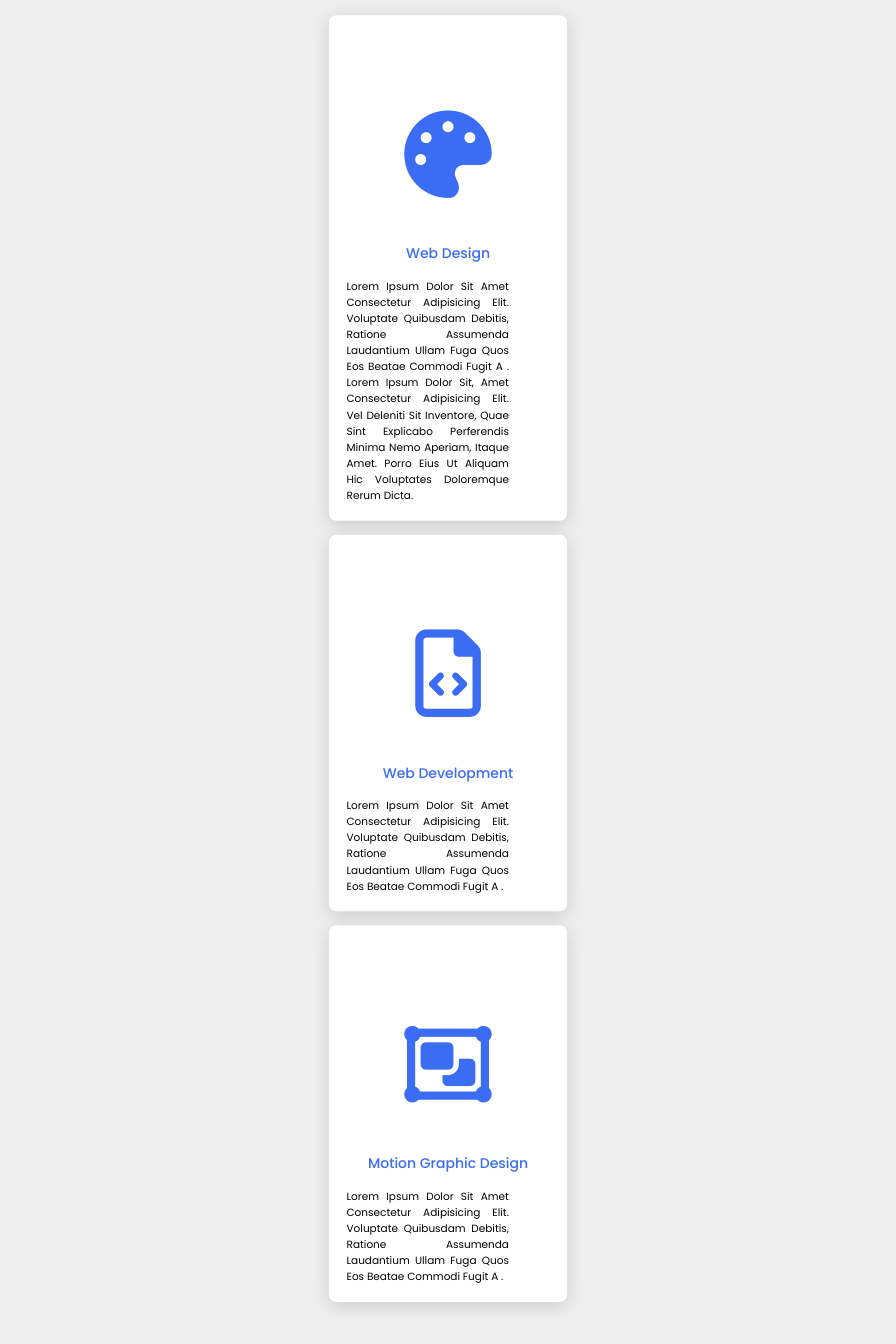
Repository: Pinocoding/New
Page: index.html
The author's editor kept a copy of each file at every save. The page is drawn from the files as they stood at one save, then again after the next save.
The browser window is 1280 px wide. The pictures show the part of the page from y = 2797 to 4717 px (the page is 4717 px tall before and 4556 px after), at 70% of full size.
Backgrounds fixed to the window are drawn as part of the page.

Above is the page before, as saved 2021-10-13 23:37:04.

### index.html
<!DOCTYPE html>
<html lang="en">
<head>
  <meta charset="UTF-8">
  <meta http-equiv="X-UA-Compatible" content="IE=edge">
  <meta name="viewport" content="width=device-width, initial-scale=1.0">
  <title>Document</title>
  <link rel="stylesheet" href="style.css">
  <link rel="stylesheet" href="https://cdnjs.cloudflare.com/ajax/libs/font-awesome/6.0.0-beta2/css/all.min.css" integrity="sha512-YWzhKL2whUzgiheMoBFwW8CKV4qpHQAEuvilg9FAn5VJUDwKZZxkJNuGM4XkWuk94WCrrwslk8yWNGmY1EduTA==" crossorigin="anonymous" referrerpolicy="no-referrer" />


</head>
<body>
  <!-- header -->
  <header>
    <a href="#main" class="brand">Pino</a>
    <div class="navigation">
        <a href="#main">home</a>
        <a href="#about">About</a>
        <a href="#skills">Skills</a>
        <a href="#services">Services</a>
        <a href="#contact">Contact</a>
    </div>
  </header>
  <!--  -->
  <!-- section main  -->
  <section class="main">
    <div class="layout"></div>
    <div class="content">
    <h2>hello, I'm<br><span>Pino-code</span></h2>
    <div class="animated-text">
      <h3>FE developer</h3>
      <h3>Best Yasuo TT 7</h3>
      <h3>Best NoVo CS GO</h3>
    </div>
    <a href="#about" class="btn">see my work</a>
    <div class="media-icon">
      <a href="#"><i class="fab fa-facebook-square"></i></a>
      <a href="#"><i class="fab fa-instagram-square"></i></a>
      <a href="#"><i class="fab fa-twitter-square"></i></a>
      <a href="#"><i class="fab fa-youtube-square"></i></a>
    </div>
  </div>

  </section>
  <!--  -->
  <!-- section about -->
  <section class="about" id="about">
    <!-- title -->
    <div class="title">
      <h2 class="section-title">
        about me
      </h2>
    </div>
    <!--  -->
    <!-- content -->
    <div class="content">
      <div class="column col-left">
        <div class="img-card">
          <img src="/img/002.jpg" alt="">
        </div>
      </div>
      <div class="column col-right">
        <h2 class="content-title">Hey there! i'm pino-code</h2>
        <p>Lorem ipsum dolor sit amet, consectetur adipisicing elit. Necessitatibus ullam sequi nihil eum magni ut nesciunt architecto assumenda dignissimos velit. Impedit est quia deserunt, iusto eius nostrum tenetur illum cumque?
          Lorem ipsum dolor sit amet, consectetur adipisicing elit. Necessitatibus ullam sequi nihil eum magni ut nesciunt architecto assumenda dignissimos velit. Impedit est quia deserunt, iusto eius nostrum tenetur illum cumque?
          <br>
          <br>
          Lorem ipsum dolor sit amet, consectetur adipisicing elit. Necessitatibus ullam sequi nihil eum magni ut nesciunt architecto assumenda dignissimos velit. Impedit est quia deserunt, iusto eius nostrum tenetur illum cumque?
        </p>
        <a href="#about" class="btn">See more</a>
      </div>
    </div>
      <!--  -->


    </section>
    <!--  -->
    <!-- section skills -->
    <section class="skills" id="skills">
      <div class="title">
        <h2 class="section-title">
          my skills
        </h2>
      </div>
      <div class="content">
        <div class="column col-left">
          <h2 class="content-title">
            my skills and experiences</h2>
            <p>Lorem ipsum dolor sit amet, consectetur adipisicing elit. Ut amet doloremque ratione quam quos dolores nesciunt nam eaque esse cum obcaecati voluptas unde, magnam mollitia ducimus libero! Ducimus, fugiat recusandae.<br>
            Lorem ipsum dolor sit amet consectetur, adipisicing elit. Voluptas quia expedita omnis perspiciatis, similique voluptates doloribus error odio vitae voluptatem pariatur repellat reiciendis laudantium, autem minus ad placeat facere accusantium?</be></p>
            <a href="#" class="btn">see more</a>
        </div>

      <div class="column col-right">
        <div class="bar">
          <div class="infor">
            <span>html</span>
            <span>50%</span>
          </div>
          <div class="line html"></div>
        </div>
        <div class="bar">
          <div class="infor">
            <span>css</span>
            <span>70%</span>
          </div>
          <div class="line css"></div>
        </div>
        <div class="bar">
          <div class="infor">
            <span>javascript</span>
            <span>20%</span>
          </div>
          <div class="line javascript"></div>
        </div>
        <div class="bar">
          <div class="infor">
            <span>jquery</span>
            <span>20%</span>
          </div>
          <div class="line jquery"></div>
        </div>
      </div>

      </div>
    </section>
    <!--  -->
    <!-- section services -->
<section class="services" id="services">
  <div class="title">
    <h2 class="section-title">
      my services
    </h2>
    <p>Lorem ipsum dolor sit amet consectetur adipisicing elit. Quasi, iusto. Odio tempore maxime minus nihil est nemo, impedit libero ipsa dolorem voluptatibus sed voluptatum, porro deserunt, sapiente tempora quae dolorum.</p>

  <div class="content">
    <div class="card">
      <div class="service-icon">
        <i class='fas fa-palette'></i>
      </div>
      <div class="infor">
        <h3>web design</h3>
        <p>Lorem ipsum dolor sit amet consectetur adipisicing elit. Voluptate quibusdam debitis, ratione assumenda laudantium ullam fuga quos eos beatae commodi fugit a .
          Lorem ipsum dolor sit, amet consectetur adipisicing elit. Vel deleniti sit inventore, quae sint explicabo perferendis minima nemo aperiam, itaque amet. Porro eius ut aliquam hic voluptates doloremque rerum dicta.
        </p>
      </div>

    </div>
    <div class="card">
      <div class="service-icon">
        <i class='far fa-file-code'></i>
      </div>
      <div class="infor">
        <h3>web development</h3>
        <p>Lorem ipsum dolor sit amet consectetur adipisicing elit. Voluptate quibusdam debitis, ratione assumenda laudantium ullam fuga quos eos beatae commodi fugit a . </p>
      </div>

    </div>
    <div class="card">
      <div class="service-icon">
        <i class='far fa-object-group'></i>
      </div>
      <div class="infor">
        <h3>motion graphic design</h3>
        <p>Lorem ipsum dolor sit amet consectetur adipisicing elit. Voluptate quibusdam debitis, ratione assumenda laudantium ullam fuga quos eos beatae commodi fugit a .</p>
      </div>
    </div>
    </div>
  </div>


</section>
<!--  -->

  <script
  src="https://code.jquery.com/jquery-3.6.0.js"
  integrity="sha256-H+K7U5CnXl1h5ywQfKtSj8PCmoN9aaq30gDh27Xc0jk="
  crossorigin="anonymous"></script>
  <script src="function.js"></script>
</body>
</html>

### style.css
@import url("https://fonts.googleapis.com/css2?family=Poppins:wght@300;400;500;700;800&display=swap");
* {
  font-size: 62.5%;
  font-family: "Poppins", sans-serif;
  margin: 0;
  padding: 0;
  box-sizing: border-box;
  text-transform: capitalize;
}
body {
  min-height: 110vh;
  background: #eee;
}
/* for header */
header {
  position: fixed;
  z-index: 99;
  background: rgb(0, 0, 0);
  top: 0;
  left: 0;
  width: 100%;
  padding: 2rem 5rem;
  display: flex;
  justify-content: space-between;
  align-items: center;
}
/* hover navigation */
header .navigation a:hover {
  color: aquamarine;
}
/*header sticky */
header.sticky {
  background: rgba(0, 0, 0, 0.26);
}
/*  */
header .brand {
  text-decoration: none;
  font-size: 2rem;
  color: white;
}
header .navigation a {
  font-size: 1.5rem;
  text-decoration: none;
  color: white;
  padding: 0 1rem;
}
/*  */
section {
  padding: 5rem 30rem;
}
/* for banner */
.main {
  position: relative;
  width: 100%;
  min-height: 100vh;
  display: flex;
  align-items: center;
  background: url("/img/0.jpg") no-repeat;
  background-size: cover;
  background-position: center;
  background-attachment: fixed;
  z-index: 1;
}
.main .layout {
  position: absolute;
  top: 0;
  left: 0;
  width: 100%;
  height: 100%;
  background: black;
  opacity: 0.3;
  z-index: -1;
}
.main .content {
  max-width: 100rem;
}
.main .content h2 {
  margin-bottom: 5rem;
  color: white;
  font-size: 2rem;
  font-weight: 500;
  line-height: 5rem;
}
.main .content h2 span {
  font-size: 3rem;
}

.animated-text {
  position: relative;
  height: 6rem;
  overflow: hidden;
}
.animated-text h3 {
  color: aquamarine;
  font-size: 4rem;
  font-weight: 700;
  line-height: 60px;
  letter-spacing: 1px;
}
/* animated text for h3 */
.animated-text h3:nth-child(1) {
  animation: text-move 7s infinite;
}
@keyframes text-move {
  0% {
    margin-top: 0;
  }
  25% {
    margin-top: -60px;
  }
  50% {
    margin-top: -120px;
  }
  100% {
    margin-top: 0;
  }
}
/*  */
.main .btn {
  margin-top: 10rem;
  color: white;
  background: linear-gradient(to top left, aquamarine, transparent);
  font-size: 2rem;
  font-weight: 700;
  display: inline-block;
  padding: 10px 10px;
  text-decoration: uppercase;
  text-decoration: none;
  letter-spacing: 1px;
  border-radius: 10px;
  box-shadow: -1px 5px 10px #888888;
  transition: 0.5s ease;
}
.btn:hover {
  transform: scale(1.1);
}

.media-icon {
  margin-top: 10rem;
}
.media-icon a {
  color: white;
  font-size: 5rem;
  margin-right: 1rem;
  transition-property: transform, color;
  transition: 0.2s;
}
.media-icon a:hover i {
  color: aquamarine;
  transform: translateY(-2px);
  transition: 0.2s;
}
/*  */
/* for section about  */
.title {
  width: 100%;
  display: flex;
  justify-content: center;
  align-items: center;
  flex-direction: column;
}
/* gach dưới , chấm */
.section-title {
  text-transform: capitalize;
  position: relative;
  color: black;
  font-size: 3rem;
  font-weight: 800;
  margin-bottom: 5rem;
}
.section-title:after {
  content: "";
  position: absolute;
  top: 50px;
  left: 50%;
  width: 20rem;
  height: 4px;
  transform: translateX(-50%);
  background: currentColor;
}
.section-title::before {
  content: "";
  position: absolute;
  top: 45px;
  left: 50%;
  /* padding: 2rem 2rem; */
  width: 15px;
  height: 15px;
  border-radius: 50%;
  background: black;
  /* background: #eee; */
  z-index: 99;
  transform: translate(-50%);
}

/*  */
/*  content */
.about .content {
  position: relative;
  width: 100%;
  display: flex;
  justify-content: space-between;
  margin-top: 2rem;
}
/* content > col-left */
.about .content .col-left {
  position: relative;
  width: 45%;
}
.about .content .col-left .img-card {
  position: relative;
  width: 100%;
  min-height: 45rem;
}
.about .content .col-left .img-card img {
  position: absolute;
  top: 0;
  left: 0;
  width: 100%;
  height: 100%;
  object-fit: cover;
  border-radius: 10px;
}
/* content > col-right */
.about .content .col-right {
  width: 50%;
  position: relative;
}
.content-title {
  font-size: 3rem;
  margin-bottom: 2rem;
}
.about .content .col-right p {
  font-size: 1.5rem;
}
.column .btn {
  margin-top: 9rem;
  color: black;
  background: linear-gradient(to top left, aquamarine, transparent);
  font-size: 2rem;
  font-weight: 700;
  display: inline-block;
  padding: 15px 20px;
  text-decoration: uppercase;
  text-decoration: none;
  letter-spacing: 1px;
  border-radius: 10px;
  box-shadow: -1px 5px 10px #888888;
  transition: 0.5s ease;
}
.btn:hover {
  transform: scale(1.1);
}
/*  */
/* skills */
.skills {
  background: black;
}
.skills .section-title {
  color: white;
}

.skills .section-title::before {
  background: currentColor;
}
.skills .content {
  position: relative;
  width: 100%;
  display: flex;
  justify-content: space-between;
  color: white;
  margin-top: 2rem;
}
/* skills => col-left */
.skills .content .col-left {
  position: relative;
  width: 46%;
}
/*  */
/* skills => col-right */
.skills .content .col-right {
  position: relative;
  width: 46%;
}
.skills .content .col-right .bar {
  margin-bottom: 15px;
  padding: 10px;
}
.skills .content .col-right .bar .infor {
  display: flex;
  align-items: center;
  justify-content: space-between;
  margin-bottom: 2rem;
}

.skills .content .col-right .bar .infor span {
  font-size: 2rem;
}
/* thanh % */
.skills .content .col-right .bar .line {
  position: relative;
  width: 100%;
  height: 15px;
  border-radius: 5px;
  background: white;
}
.skills .content .col-right .bar .line::before {
  content: "";
  position: absolute;
  top: 0;
  left: 0;

  height: 100%;
  /* background-color: rgb(42, 40, 136); */
  border-radius: 5px;
}
.skills .content .col-right .bar .html::before {
  width: 50%;
  background: #e45126;
}
.skills .content .col-right .bar .css::before {
  width: 70%;
  background-color: chartreuse;
}
.skills .content .col-right .bar .javascript::before {
  width: 20%;
  background-color: rgb(0, 60, 255);
}
.skills .content .col-right .bar .jquery::before {
  width: 20%;
  background-color: rgb(0, 38, 255);
}

/*  */
.skills p {
  font-size: 1.5rem;
  line-height: 3rem;
  letter-spacing: 1.2px;
}
.skills .content .btn {
  margin-top: 2rem;
  color: white;

  background: linear-gradient(to top left, aquamarine, transparent);
  font-size: 2rem;
  font-weight: 700;
  display: inline-block;
  padding: 15px 20px;
  text-decoration: uppercase;

  letter-spacing: 1px;
  border-radius: 10px;

  transition: 0.5s ease;
}
.btn:hover {
  transform: scale(1.1);
}
/*  */
/* for services */
.services .content {
  display: flex;
  justify-content: center;
  flex-wrap: wrap;
  flex-direction: row;
  margin-top: 20px;
}
.title p {
  font-size: 2rem;
  width: 80%;
  text-align: center;
}
.title h3 {
  font-size: 2rem;
  margin-bottom: 2rem;
}
.services .content .card {
  background-color: white;
  width: 34rem;
  margin: 10px;
  padding: 25px;
  justify-content: center;
  align-items: center;
  flex-direction: column;
  box-shadow: 0 5px 25px rgba(1 1 1 /15%);
  border-radius: 10px;
}
.services .content .card .service-icon {
  color: #3a6cf4;
  font-size: 20rem;

  text-align: center;
  transition: 0.3s ease;
}
.services .content .card .service-icon:hover {
  transform: scale(1.2);
}
.services .content .card .infor {
  text-align: center;
}
.services .content .card .infor p {
  font-size: 1.5rem;
  text-align: justify;
}
.services .content .card h3 {
  color: #3a6cf4;
  font-weight: 500;
}
/*  */

### function.js
// js for navication bar on scroll
window.addEventListener("scroll", function () {
  const header = document.querySelector("header");
  header.classList.toggle("sticky", window.scrollY > 0);
});

After the next save:
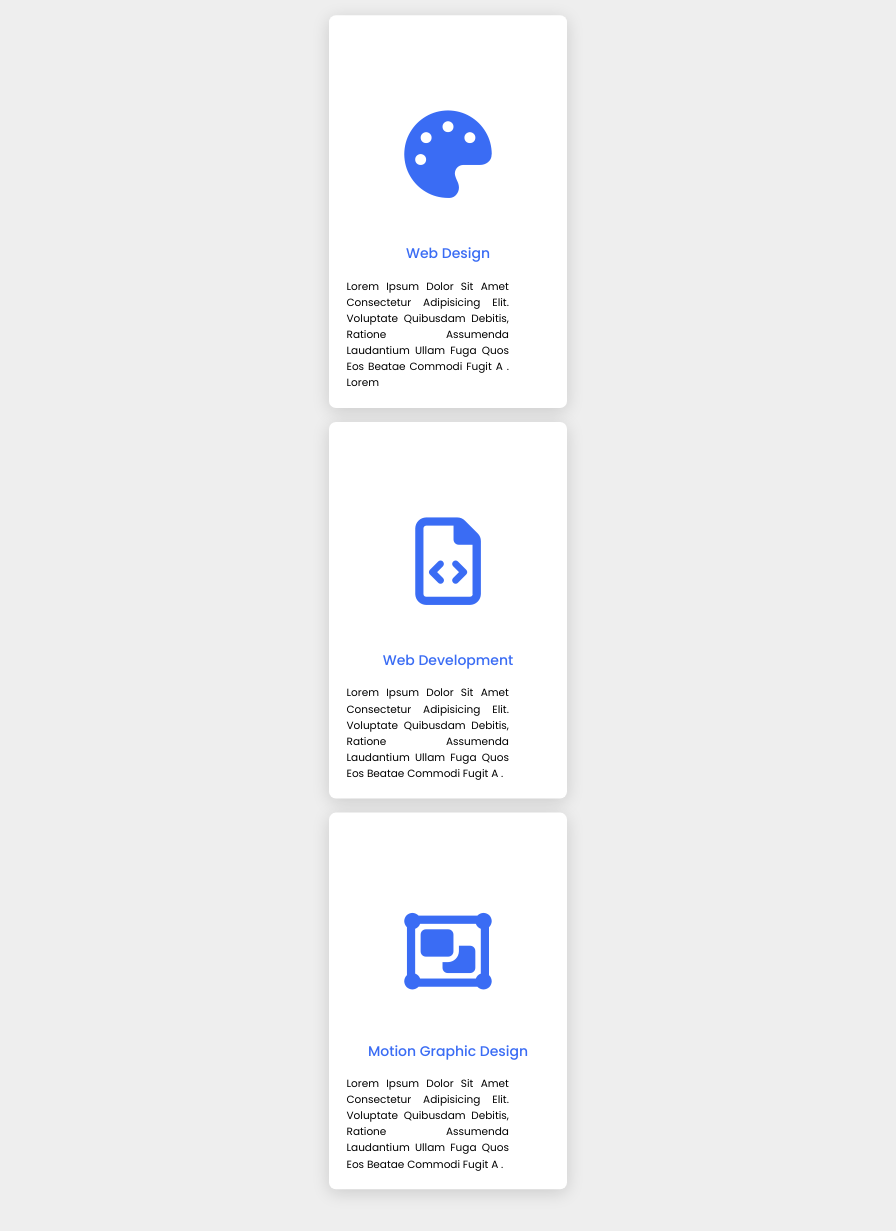
Saved 58 s later.
--- a/index.html
+++ b/index.html
@@ -142,7 +142,7 @@
       <div class="infor">
         <h3>web design</h3>
         <p>Lorem ipsum dolor sit amet consectetur adipisicing elit. Voluptate quibusdam debitis, ratione assumenda laudantium ullam fuga quos eos beatae commodi fugit a .
-          Lorem ipsum dolor sit, amet consectetur adipisicing elit. Vel deleniti sit inventore, quae sint explicabo perferendis minima nemo aperiam, itaque amet. Porro eius ut aliquam hic voluptates doloremque rerum dicta.
+          lorem
         </p>
       </div>
 
